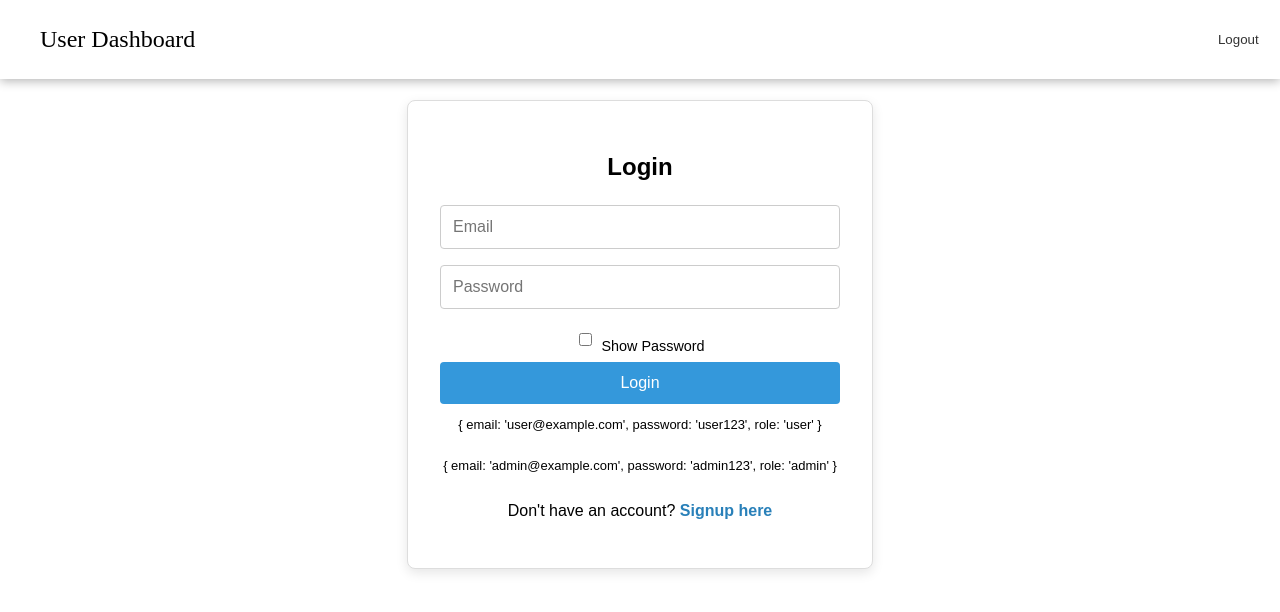
Repository: Edmund-Kiama/todoPHP
Page: / (app in task-manager-frontend/)
These files come from the project's save history. The page is drawn as it stood at one moment and after the next save; the edit follows.
The browser window is 1280 px wide. The pictures show the whole page.
The project was rebuilt for these pictures with package versions that can differ from the ones it lists, and the page was loaded fresh each time. Also part of the build but not shown: task-manager-frontend/vite.config.js, task-manager-frontend/src/components/Admin/admin.css, task-manager-frontend/src/components/Admin/AdminDashboard.vue, task-manager-frontend/src/components/User/user.css, task-manager-frontend/src/components/User/UserDashboard.vue, task-manager-frontend/src/components/Auth/signup.css, task-manager-frontend/src/components/Auth/Signup.vue.

Above is the page before, as saved 2025-07-12 23:17:19.

### task-manager-frontend/src/App.vue
<script setup>
  import Navbar from './components/Navbar/Navbar.vue';
  import { store } from './store';
</script>

<template>
  <Navbar />
  <router-view />
</template>

### task-manager-frontend/src/router/index.js
import { createRouter, createWebHistory } from 'vue-router';
import Login from '../components/Auth/Login.vue';
import AdminDashboard from '../components/Admin/AdminDashboard.vue';
import UserDashboard from '../components/User/UserDashboard.vue';
import Signup from '../components/Auth/Signup.vue';

const routes = [
  { path: '/', name: 'Login', component: Login },
  { path: '/signup', name: 'Signup', component: Signup },
  { path: '/admin', name: 'AdminDashboard', component: AdminDashboard },
  { path: '/user', name: 'UserDashboard', component: UserDashboard }
];

const router = createRouter({
  history: createWebHistory(),
  routes
});

export default router;

### task-manager-frontend/src/components/Navbar/Navbar.vue

<template>
  <nav v-if="store.user.loggedIn" class="navbar">
    <ul>
      <li v-if="user.role === 'admin'">Admin Dashboard</li>
      <li v-if="user.role === 'user'">User Dashboard</li>
      <li><button @click="logout">Logout</button></li>
    </ul>
  </nav>
</template>

<script setup>
  import "./nav.css"
  import { store } from '../../store'
  import { useRouter } from 'vue-router'

  const router = useRouter()

  const user = store.user
  if (!user.loggedIn) router.push('/')

  function logout() {
    store.user.role = null
    store.user.loggedIn = false
    localStorage.removeItem('token')
    router.push('/')
  }
</script>

### task-manager-frontend/src/store.js
import { reactive } from 'vue'

export const store = reactive({
  user: {
    role: "user",
    loggedIn: true,
    username: "Nick"
  },
})

### task-manager-frontend/src/components/Auth/Login.vue
<script setup>
    import './login.css'
    import { ref } from 'vue';
    import { useRouter } from 'vue-router';

    const email = ref('');
    const password = ref('');
    const error = ref('');
    const router = useRouter();
    const showPassword = ref(false)

    const isValidEmail = (email) => {
        return /^[^\s@]+@[^\s@]+\.[^\s@]+$/.test(email);
    };

    const login = () => {
        // Clear error
        error.value = '';

        const users = [
        { email: 'admin@example.com', password: 'admin123', role: 'admin' },
        { email: 'user@example.com', password: 'user123', role: 'user' },
        ];

        if (!isValidEmail(email.value)) {
            error.value = 'Please enter a valid email.';
            return;
        }

        if (password.value.length < 6) {
            error.value = 'Password must be at least 6 characters.';
            return;
        }

        if (password.value.length < 6) {
            error.value = 'Password must be at least 6 characters.';
            return;
        }

        if (!/[a-z]/.test(password.value)) {
            error.value = 'Password must include at least one lowercase letter.';
            return;
        }

        if (!/[A-Z]/.test(password.value)) {
            error.value = 'Password must include at least one uppercase letter.';
            return;
        }

        if (!/[0-9]/.test(password.value)) {
            error.value = 'Password must include at least one number.';
            return;
        }

        if (!/[!@#$%^&*(),.?":{}|<>]/.test(password.value)) {
            error.value = 'Password must include at least one special character.';
            return;
        }

        const user = users.find(
            (u) => u.email === email.value && u.password === password.value
        );


        if (!user) error.value = "Invalid credentials"
        if (user?.role === 'admin') router.push('/admin');
        if (user?.role === 'user') router.push('/user');
    };
</script>

<template>
    <div class="login-container">
        <h2>Login</h2>
        <form @submit.prevent="login">
            <input v-model="email" placeholder="Email" required />
            <input :type="showPassword ? 'text' :'password'" v-model="password" placeholder="Password" required />
            <label class="show-toggle">
                <input type="checkbox" v-model="showPassword" />
                Show Password
            </label>
            <button>Login</button>
            <p v-if="error" class="error">{{ error }}</p>
            <p class="descr">{ email: 'user@example.com', password: 'user123', role: 'user' }</p>
            <p class="descr">{ email: 'admin@example.com', password: 'admin123', role: 'admin' }</p>
            <p class="toggle">
                Don't have an account?
                <router-link to="/signup" class="link">Signup here</router-link>
            </p>
        </form>
    </div>
</template>

### task-manager-frontend/src/components/Navbar/nav.css
.navbar {
    background-color: white;
    margin: 0;
    padding: 0;
    position: fixed;
    box-shadow: 0 2px 10px rgba(0, 0, 0, 0.3);
    width: 100%;
    top: 0;
    left: 0;
    right: 0;
}
.navbar ul {
    display: flex;
    justify-content: space-between;
    align-items: center;
    gap: 1rem;
    list-style: none;
    font-size: 1.5em;
}
.navbar ul li {
    display: flex;
    align-items: center;
}
.navbar button {
    text-decoration: none;
    background: none;
    border: none;
    padding: 0.5rem;
    border-radius: 5px;
    color: #333;
    transition: all;
    transition-duration: 300ms;
    cursor: pointer;
    margin-right: 1em;
}
.navbar button:hover {
    background-color:  #3498db;
    color: white;
}

### task-manager-frontend/src/components/Auth/login.css

.login-container {
    max-width: 400px;
    margin: 100px auto;
    padding: 2rem;
    border: 1px solid #ddd;
    border-radius: 8px;
    background-color: #fff;
    box-shadow: 0 4px 12px rgba(0,0,0,0.1);
    font-family: Arial, sans-serif;
}

.login-container h2 {
  text-align: center;
  margin-bottom: 1.5rem;
}

.login-container form {
  display: flex;
  flex-direction: column;
}

.login-container input {
  padding: 0.75rem;
  margin-bottom: 1rem;
  border: 1px solid #ccc;
  border-radius: 4px;
  font-size: 1rem;
}

.login-container button {
  padding: 0.75rem;
  background-color: #3498db;
  color: white;
  font-size: 1rem;
  border: none;
  border-radius: 4px;
  cursor: pointer;
}

.login-container button:hover {
  background-color: #2980b9;
}
.login-container .show-toggle {
  display: flex;
  align-items: center;
  justify-content: center;
  gap: 6px;
  margin-top: 5px;
  font-size: 0.9em;
}
.login-container .error {
  color: red;
  text-align: center;
  margin-top: 1rem;
}
.login-container .toggle {
  text-align: center;
}
.login-container .link {
  color:  #2980b9;
  text-decoration: none;
  font-weight: bold;
}
.login-container .descr {
  text-align: center;
  font-size: 13px;
}

Loaded but not shown: task-manager-frontend/index.html (common file); task-manager-frontend/src/main.js (common file)

After the next save:
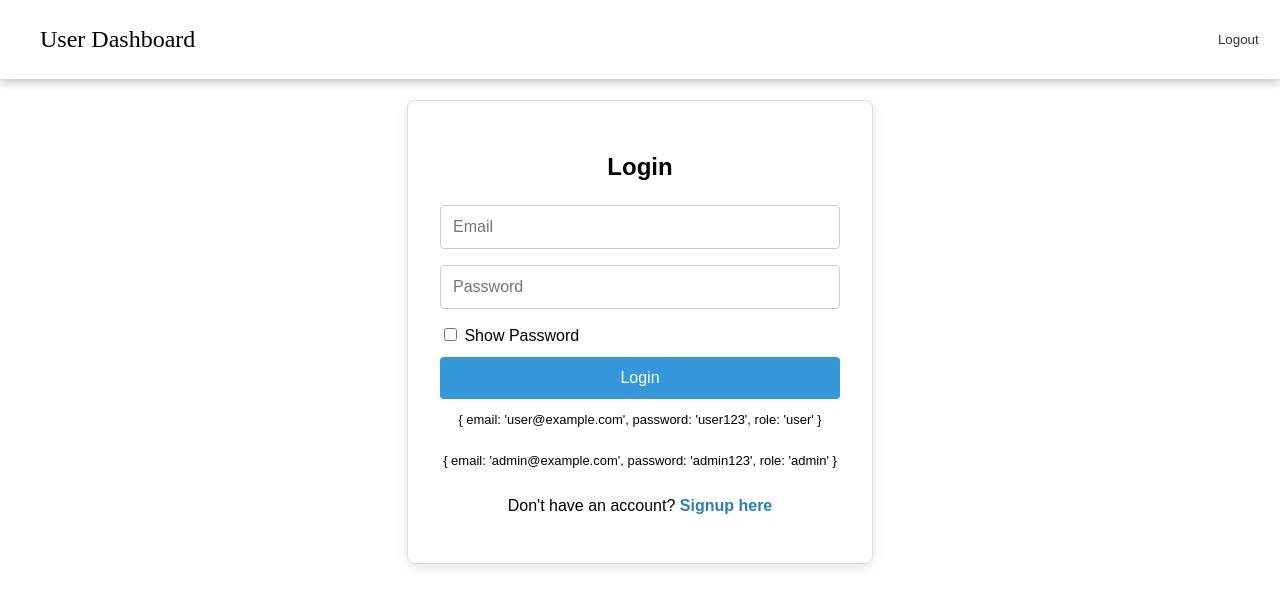
Saved 36 s later.
--- a/task-manager-frontend/src/components/Auth/login.css
+++ b/task-manager-frontend/src/components/Auth/login.css
@@ -42,12 +42,7 @@
   background-color: #2980b9;
 }
 .login-container .show-toggle {
-  display: flex;
-  align-items: center;
-  justify-content: center;
-  gap: 6px;
-  margin-top: 5px;
-  font-size: 0.9em;
+
 }
 .login-container .error {
   color: red;
